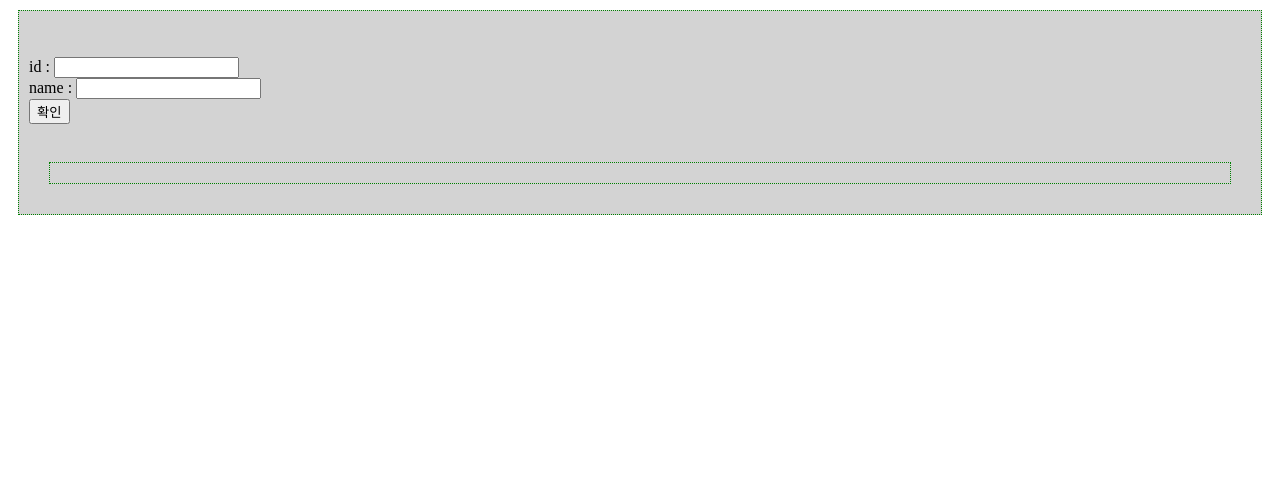
Repository: JJaeHwan/HTML
Page: jquerypro/WebContent/0116/ajaxtest1.html
An editor plug-in stored every save of this project. The page is shown before and after the next save, followed by the edit.
The browser window is 1280 px wide. The pictures show the whole page.

Above is the page before, as saved 2023-01-16 08:19:40.

After the next save:
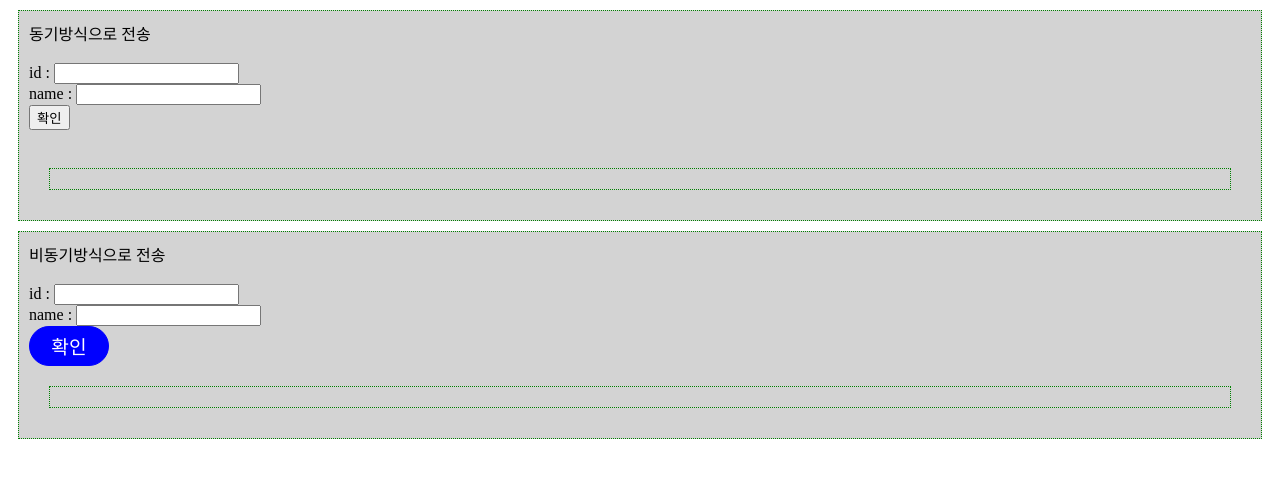
Saved 4 min 15 s later.
--- a/jquerypro/WebContent/0116/ajaxtest1.html
+++ b/jquerypro/WebContent/0116/ajaxtest1.html
@@ -10,7 +10,7 @@
 
 
 <div class="box">
-	<br><br>
+	동기방식으로 전송<br><br>
 	<form action="ajaxtest1.jsp" method="post">
 		id : <input type = "text" name = "id"><br>
 	    name : <input type = "text" name = "name"> <br>
@@ -24,5 +24,20 @@
 
 	<div id="res1"></div>
 </div>
+
+<div class="box">
+	비동기방식으로 전송<br><br>
+	<form>
+
+		id : <input type = "text" name = "id"><br>
+	    name : <input type = "text" name = "name"> <br>
+
+
+		<input type="button" value="확인" id="ajax">
+		<br>
+	</form>
+
+	<div id="res1"></div>
+</div>
 </body>
 </html>
